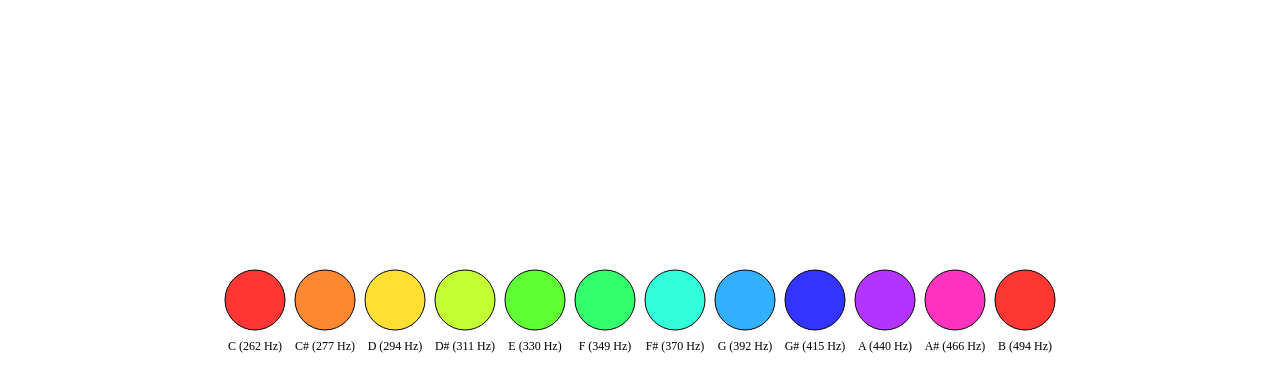
Repository: studiorichie/richielau.com
Page: assets/sound-to-color.html
An editor plug-in stored every save of this project. The page is shown before and after the next save, followed by the edit.
The browser window is 1280 px wide. The pictures show the whole page.

Above is the page before, as saved 2024-11-06 18:42:36.

After the next save:
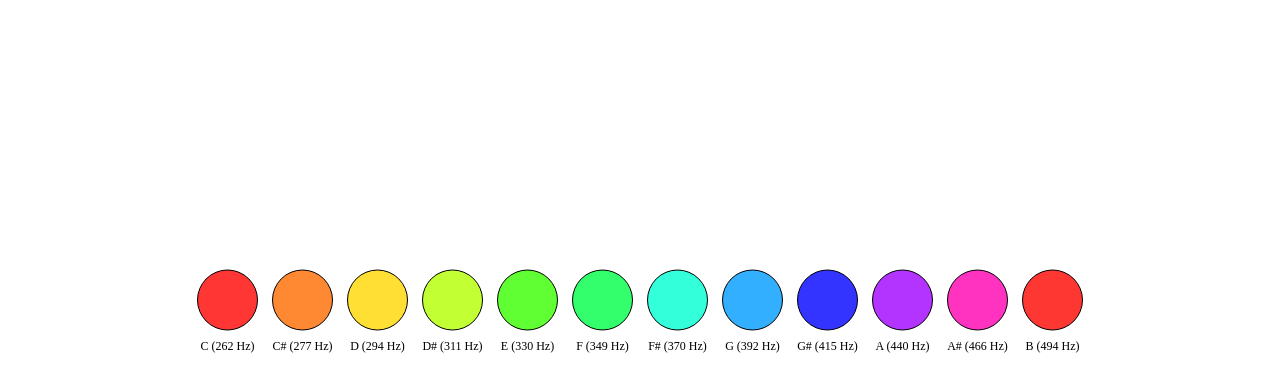
Saved 18 s later.
--- a/assets/sound-to-color.html
+++ b/assets/sound-to-color.html
@@ -83,7 +83,7 @@
         const height = svg.attr("height");
 
         const circleRadius = 30; // Radius of each circle
-        const padding = 10; // Space between circles
+        const padding = 15; // Space between circles
 
         // Calculate the total width for the row of circles (number of circles * diameter + spaces between)
         const totalRowWidth = (keys.length * (circleRadius * 2)) + ((keys.length - 1) * padding);
